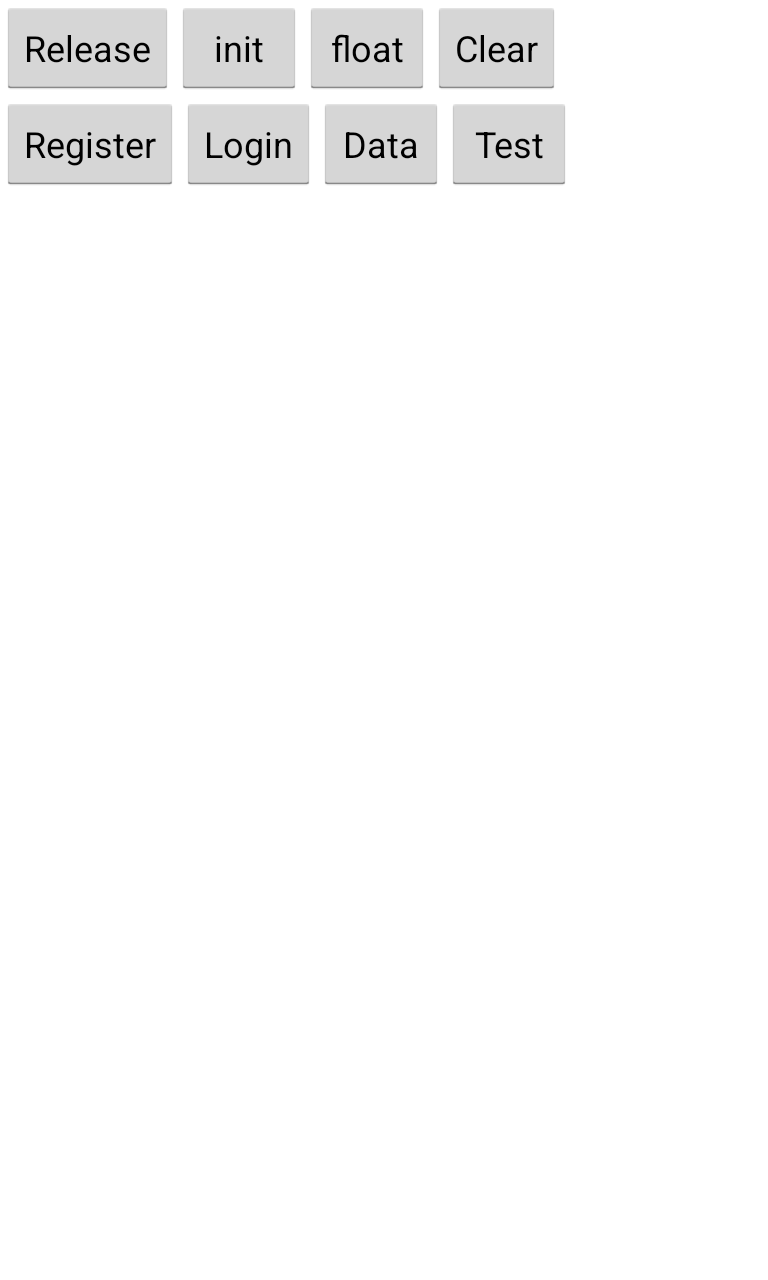
Repository: XClouded/dynamicCall
Layout: UCGameSdk/res/layout/activity_dex_loader.xml
These files come from the project's save history. The layout is drawn as it stood at one moment and after the next save; the edit follows.
It is drawn on a 768 x 1280 px phone screen (xhdpi) without system bars, with theme AppTheme; the app's code is not run.

Above is the layout before, as saved 2013-07-18 02:57:54.

### UCGameSdk/res/layout/activity_dex_loader.xml
<LinearLayout xmlns:android="http://schemas.android.com/apk/res/android"
    xmlns:tools="http://schemas.android.com/tools"
    android:layout_width="match_parent"
    android:layout_height="match_parent"
    android:orientation="vertical"
 >
    <LinearLayout
        android:layout_width="match_parent"
        android:layout_height="wrap_content"
        android:orientation="horizontal" >

        <Button
            android:id="@+id/btn_release"
            android:layout_width="wrap_content"
            android:layout_height="wrap_content"
            android:text="Release" />

        <Button
            android:id="@+id/btn_init"
            android:layout_width="wrap_content"
            android:layout_height="wrap_content"
            android:text="init" />

        <Button
            android:id="@+id/btn_float"
            android:layout_width="wrap_content"
            android:layout_height="wrap_content"
            android:text="float" />

        <Button
            android:id="@+id/btn_clear"
            android:layout_width="wrap_content"
            android:layout_height="wrap_content"
            android:text="Clear" />

    </LinearLayout>

    <LinearLayout
        android:layout_width="match_parent"
        android:layout_height="wrap_content" >

        <Button
            android:id="@+id/btn_reg"
            android:layout_width="wrap_content"
            android:layout_height="wrap_content"
            android:text="Register" />

        <Button
            android:id="@+id/btn_login"
            android:layout_width="wrap_content"
            android:layout_height="wrap_content"
            android:text="Login" />

        <Button
            android:id="@+id/btn_data"
            android:layout_width="wrap_content"
            android:layout_height="wrap_content"
            android:text="Data" />

        <Button
            android:id="@+id/btn_test"
            android:layout_width="wrap_content"
            android:layout_height="wrap_content"
            android:text="Test" />

    </LinearLayout>

    <ScrollView
        android:id="@+id/scrollView"
        android:layout_width="match_parent"
        android:layout_height="match_parent" >

        <TextView
            android:id="@+id/textView3"
            android:layout_width="match_parent"
            android:layout_height="match_parent"
            android:text="" />

    </ScrollView>

    <LinearLayout
        android:layout_width="match_parent"
        android:layout_height="wrap_content" >

    </LinearLayout>

</LinearLayout>

Loaded but not shown: UCGameSdk/res/values/styles.xml (common file); UCGameSdk/res/values-v11/styles.xml (common file); UCGameSdk/res/values-v14/styles.xml (common file)

After the next save:
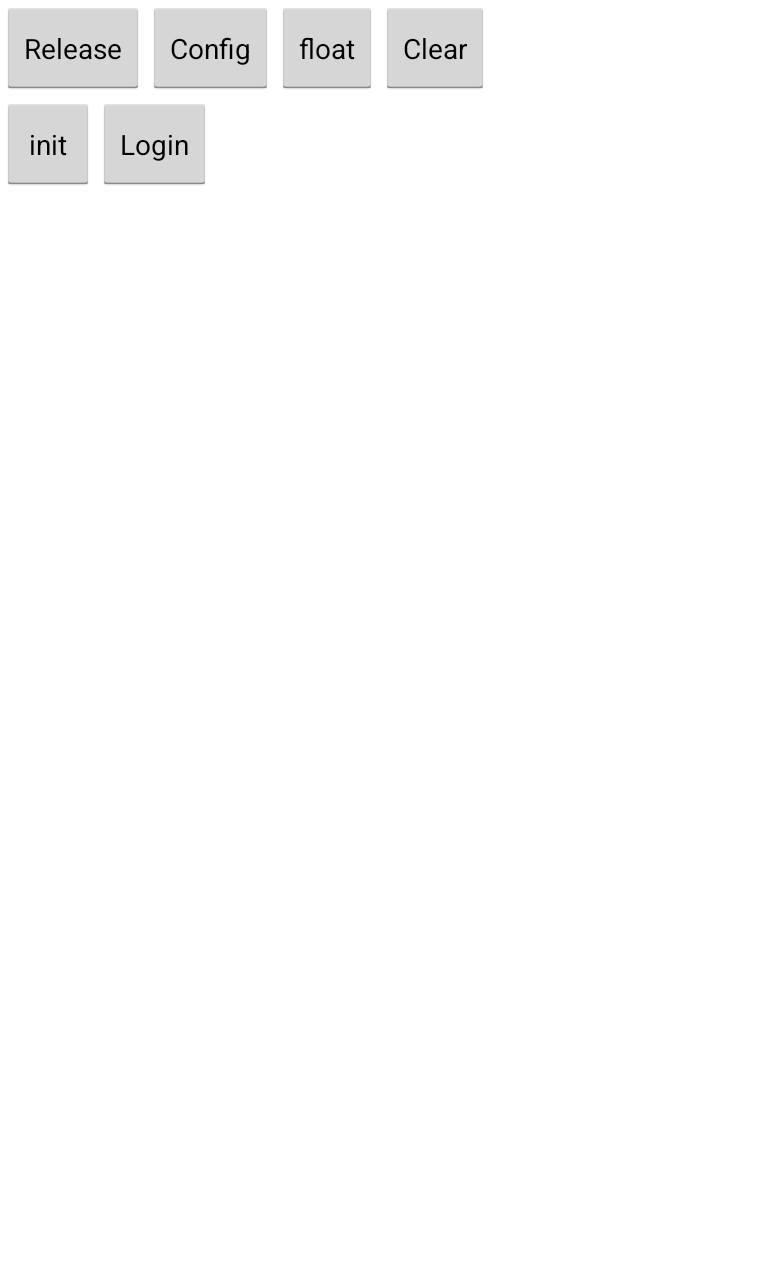
Saved 7 min 7 s later.
--- a/UCGameSdk/res/layout/activity_dex_loader.xml
+++ b/UCGameSdk/res/layout/activity_dex_loader.xml
@@ -11,24 +11,28 @@
 
         <Button
             android:id="@+id/btn_release"
+            style="?android:attr/buttonStyleSmall"
             android:layout_width="wrap_content"
             android:layout_height="wrap_content"
             android:text="Release" />
 
         <Button
-            android:id="@+id/btn_init"
+            android:id="@+id/button1"
+            style="?android:attr/buttonStyleSmall"
             android:layout_width="wrap_content"
             android:layout_height="wrap_content"
-            android:text="init" />
+            android:text="Config" />
 
         <Button
             android:id="@+id/btn_float"
+            style="?android:attr/buttonStyleSmall"
             android:layout_width="wrap_content"
             android:layout_height="wrap_content"
             android:text="float" />
 
         <Button
             android:id="@+id/btn_clear"
+            style="?android:attr/buttonStyleSmall"
             android:layout_width="wrap_content"
             android:layout_height="wrap_content"
             android:text="Clear" />
@@ -40,28 +44,18 @@
         android:layout_height="wrap_content" >
 
         <Button
-            android:id="@+id/btn_reg"
+            android:id="@+id/btn_init"
+            style="?android:attr/buttonStyleSmall"
             android:layout_width="wrap_content"
             android:layout_height="wrap_content"
-            android:text="Register" />
+            android:text="init" />
 
         <Button
             android:id="@+id/btn_login"
+            style="?android:attr/buttonStyleSmall"
             android:layout_width="wrap_content"
             android:layout_height="wrap_content"
             android:text="Login" />
-
-        <Button
-            android:id="@+id/btn_data"
-            android:layout_width="wrap_content"
-            android:layout_height="wrap_content"
-            android:text="Data" />
-
-        <Button
-            android:id="@+id/btn_test"
-            android:layout_width="wrap_content"
-            android:layout_height="wrap_content"
-            android:text="Test" />
 
     </LinearLayout>
 
